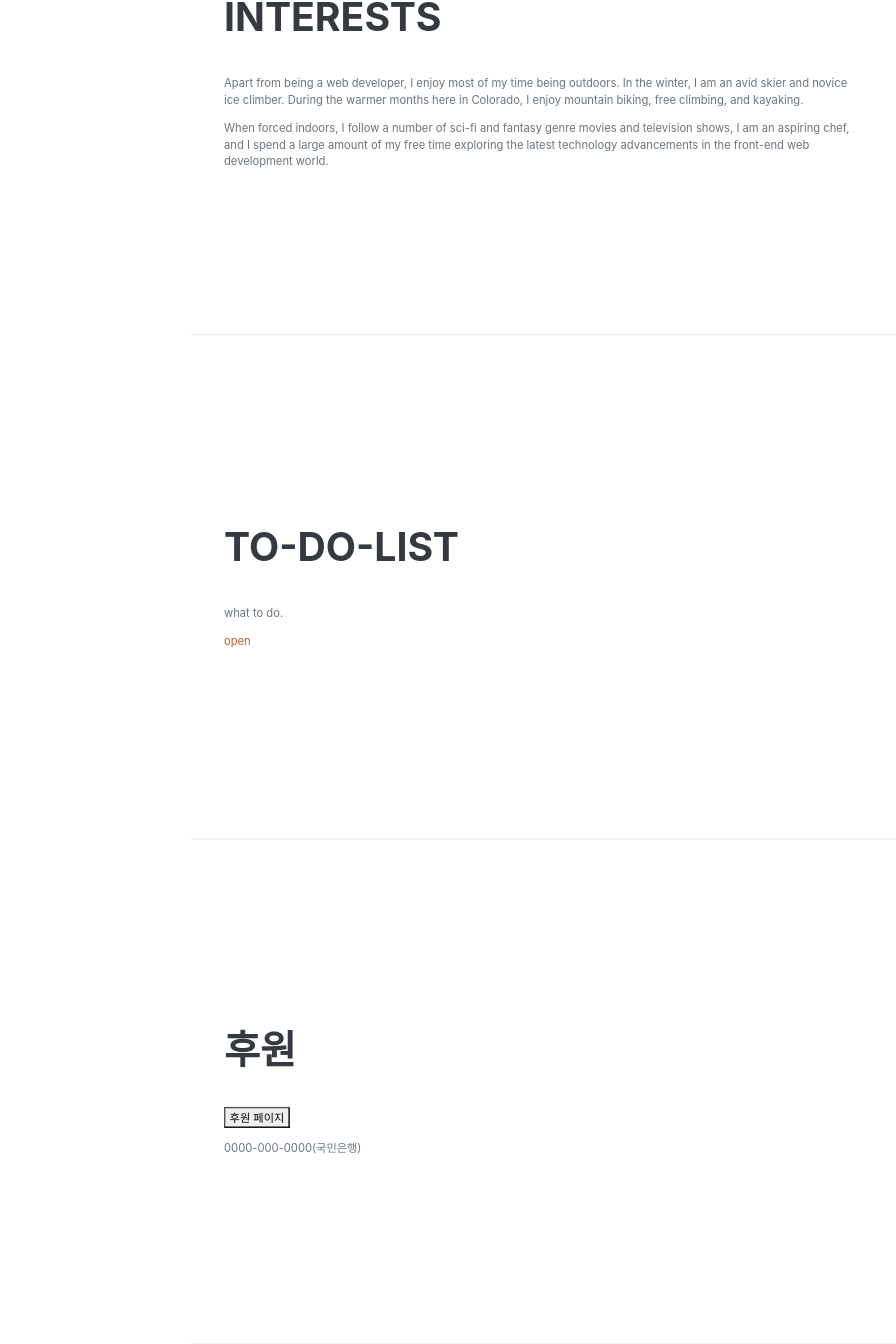
Repository: minsuk1/portfolio
Page: index.html
These files come from the project's save history. The page is drawn as it stood at one moment and after the next save; the edit follows.
The browser window is 1280 px wide. The pictures show the part of the page from y = 3396 to 5316 px (the page is 5316 px tall), at 70% of full size.
Some web fonts or font styles are not loaded; a fallback is used.

Above is the page before, as saved 2021-01-01 11:53:39.

### index.html
<!DOCTYPE html>
<html lang="en">
    <head>
        <meta charset="utf-8" />
        <link rel="icon" type="image/x-icon" href="assets/img/favicon.ico" />
        <!-- Font Awesome icons (free version)-->
        <script src="https://use.fontawesome.com/releases/v5.15.1/js/all.js" crossorigin="anonymous"></script>
        <!-- Google fonts-->
        <link href="https://fonts.googleapis.com/css?family=Saira+Extra+Condensed:500,700" rel="stylesheet" type="text/css" />
        <link href="https://fonts.googleapis.com/css?family=Muli:400,400i,800,800i" rel="stylesheet" type="text/css" />
        <!-- Core theme CSS (includes Bootstrap)-->
        <link href="css/styles.css" rel="stylesheet" />
    </head>
    <body id="page-top">
        <!-- Navigation-->
        <nav class="navbar navbar-expand-lg navbar-dark bg-primary fixed-top" id="sideNav">
            <a class="navbar-brand js-scroll-trigger" href="#page-top">
                <span class="d-none d-lg-block"><img class="img-fluid img-profile rounded-circle mx-auto mb-2" src="assets/img/profile.jpg" alt="" /></span>
            </a>
            <button class="navbar-toggler" type="button" data-toggle="collapse" data-target="#navbarSupportedContent" aria-controls="navbarSupportedContent" aria-expanded="false" aria-label="Toggle navigation"><span class="navbar-toggler-icon"></span></button>
            <div class="collapse navbar-collapse" id="navbarSupportedContent">
                <ul class="navbar-nav">
                    <li class="nav-item"><a class="nav-link js-scroll-trigger" href="#about">About</a></li>
                    <li class="nav-item"><a class="nav-link js-scroll-trigger" href="#experience">Experience</a></li>
                    <li class="nav-item"><a class="nav-link js-scroll-trigger" href="#education">Education</a></li>
                    <li class="nav-item"><a class="nav-link js-scroll-trigger" href="#skills">Skills</a></li>
                    <li class="nav-item"><a class="nav-link js-scroll-trigger" href="#interests">Interests</a></li>
                    <li class="nav-item"><a class="nav-link js-scroll-trigger" href="#to-do-list">to-do-list</a></li>
                    <li class="nav-item"><a class="nav-link js-scroll-trigger" href="#support">support</a></li>
                </ul>
            </div>
        </nav>
        <!-- Page Content-->
        <div class="container-fluid p-0">
            <!-- About-->
            <section class="resume-section" id="about">
                <div class="resume-section-content">
                    <h1 class="mb-0">
                        Portfolio
                        <span class="text-primary">오민석</span>
                    </h1>
                    <div class="subheading mb-5">
                                  010-6265-6918
                        <a href="mailto:name@email.com">palt1230@email.com</a>
                    </div>
                    <p class="lead mb-5"></p>
                    <div class="social-icons">
                        <a class="social-icon" href="https://github.com/minsuk1"><i class="fab fa-github"></i></a>
                        <a class="social-icon" href="https://velog.io/@minsuk"><i class="fas fa-envelope-open-text"></i></i></a>
                        <a class="social-icon" href="#"><i class="fab fa-facebook-f"></i></a>
                    </div>
                </div>
            </section>
            <hr class="m-0" />
            <!-- Experience-->
            <section class="resume-section" id="experience">
                <div class="resume-section-content">
                    <h2 class="mb-5">Experience</h2>
                    <div class="d-flex flex-column flex-md-row justify-content-between mb-5">
                        <div class="flex-grow-1">
                            <h3 class="mb-0">삼정KPMG 인턴</h3>
                            <div class="subheading mb-3">Data Engineer</div>
                            <ul>
                                <li>데이터 ETL : MSSQL에서 데이터 전처리</li>
                                <li>QA : 사내 AI 감사 솔루션 플랫폼(Clara) QA</li>
                            </ul>

                        </div>
                        <div class="flex-shrink-0"><span class="text-primary">2020년 12월 ~ 현재</span></div>
                    </div>
                    <div class="d-flex flex-column flex-md-row justify-content-between mb-5">
                        <div class="flex-grow-1">
                            <h3 class="mb-0">핀테크 교육</h3>
                            <div class="subheading mb-3">대외 교육</div>
                            <p>4차 산업혁명 시대에 맞는 코스콤 수행, 금융위원회 주관 핀테크 교육</p>
                        </div>
                        <div class="flex-shrink-0"><span class="text-primary">2020년 7월 ~ 2020년 8월</span></div>
                    </div>
                    <div class="d-flex flex-column flex-md-row justify-content-between mb-5">
                        <div class="flex-grow-1">
                            <h3 class="mb-0">텍스트 마이닝 연구실</h3>
                            <div class="subheading mb-3">학부연구생</div>
                            <ul>
                                <li>Amazon, E-bay 등에서 아이폰 및 갤럭시 전 기종 크롤링 및 전처리</li>
                                <li>휴대폰 관련 감성사전 구축 및 수정</li>
                            </ul>
                        </div>
                        <div class="flex-shrink-0"><span class="text-primary">2019년 9월 ~ 2020년 7월</span></div>
                    </div>
                    <div class="d-flex flex-column flex-md-row justify-content-between">
                        <div class="flex-grow-1">
                            <h3 class="mb-0">비타민(빅데이터 동아리)</h3>
                            <div class="subheading mb-3">Shout! Media Productions</div>
                            <p>R과 파이썬을 통한 데이터 분석 및 머신러닝 교육 및 프로젝트 진행</p>
                        </div>
                        <div class="flex-shrink-0"><span class="text-primary">2019년 9월 ~ 2020년 7월</span></div>
                    </div>
                </div>
            </section>
            <hr class="m-0" />
            <!-- Education-->
            <section class="resume-section" id="education">
                <div class="resume-section-content">
                    <h2 class="mb-5">Education</h2>
                    <div class="d-flex flex-column flex-md-row justify-content-between mb-5">
                        <div class="flex-grow-1">
                            <h3 class="mb-0">숭실대학교</h3>
                            <div class="subheading mb-3">학사</div>
                            <div>산업정보시스템공학과</div>
                            <p>GPA: 4.07</p>
                        </div>
                        <div class="flex-shrink-0"><span class="text-primary">August 2006 - May 2010</span></div>
                    </div>
                </div>
            </section>
            <hr class="m-0" />
            <!-- Skills-->
            <section class="resume-section" id="skills">
                <div class="resume-section-content">
                    <h2 class="mb-5">Skills</h2>
                    <div class="subheading mb-3">Programming Languages & Tools</div>
                    <ul class="list-inline dev-icons">
                        <li class="list-inline-item"><i class="fab fa-html5"></i></li>
                        <li class="list-inline-item"><i class="fab fa-css3-alt"></i></li>
                        <li class="list-inline-item"><i class="fab fa-js-square"></i></li>
                        <li class="list-inline-item"><i class="fab fa-python"></i></li>
                        <li class="list-inline-item"><i class="fab fa-r-project"></i></li>
                        <li class="list-inline-item"><i class="fab fa-node-js"></i></li>
                        <li class="list-inline-item"><i class="fas fa-database"></i></li>
                        <li class="list-inline-item"><i class="fab fa-aws"></i></li>
                    </ul>
                    <div class="subheading mb-3">Workflow</div>
                    <ul class="fa-ul mb-0">
                        <li>
                            <span class="fa-li"><i class="fas fa-check"></i></span>
                            AWS 아키텍처 설계
                        </li>
                        <li>
                            <span class="fa-li"><i class="fas fa-check"></i></span>
                            node.js를 활용한 웹개발
                        </li>
                        <li>
                            <span class="fa-li"><i class="fas fa-check"></i></span>
                            MSSQL을 활용한 ETL
                        </li>
                        <li>
                            <span class="fa-li"><i class="fas fa-check"></i></span>
                            python, R을 활용한 데이터 분석
                        </li>
                    </ul>
                </div>
            </section>
            <hr class="m-0" />
            <!-- Interests-->
            <section class="resume-section" id="interests">
                <div class="resume-section-content">
                    <h2 class="mb-5">Interests</h2>
                    <p>Apart from being a web developer, I enjoy most of my time being outdoors. In the winter, I am an avid skier and novice ice climber. During the warmer months here in Colorado, I enjoy mountain biking, free climbing, and kayaking.</p>
                    <p class="mb-0">When forced indoors, I follow a number of sci-fi and fantasy genre movies and television shows, I am an aspiring chef, and I spend a large amount of my free time exploring the latest technology advancements in the front-end web development world.</p>
                </div>
            </section>
            <hr class="m-0" />

            <!-- To do list-->
            <section class="resume-section" id="to-do-list">
                <div class="resume-section-content">
                    <h2 class="mb-5">to-do-list</h2>
                    <p>what to do.</p>
                    <a href="#" data-popup-open="example">open</a>
                    <div class="popup" data-popup="example">
                        <div class="popup-inner">
                        <div class="popup-contents">
                        <a class="popup-close" data-popup-close="example" href="#">X</a>
                        할일
                        </div>
                        </div>
                    </div>
                </div>
            </section>
            <hr class="m-0" />


            <!-- 후원-->
            <section class="resume-section" id="to-do-list">
                <div class="resume-section-content">
                    <h2 class="mb-5">후원</h2>
                    <p>
                        <button id='btnToggle'>후원 페이지</button>
                    </p>
                    <div id='temporary'>0000-000-0000(국민은행)</div>
                </div>
            </section>
            <hr class="m-0" />



        </div>
        <!-- Bootstrap core JS-->
        <script src="https://cdnjs.cloudflare.com/ajax/libs/jquery/3.5.1/jquery.min.js"></script>
        <script src="https://cdn.jsdelivr.net/npm/bootstrap@4.5.3/dist/js/bootstrap.bundle.min.js"></script>
        <!-- Third party plugin JS-->
        <script src="https://cdnjs.cloudflare.com/ajax/libs/jquery-easing/1.4.1/jquery.easing.min.js"></script>
        <!-- Core theme JS-->
        <script src="js/scripts.js"></script>
    </body>
</html>

### js/scripts.js
/*!
    * Start Bootstrap - Resume v6.0.2 (https://startbootstrap.com/theme/resume)
    * Copyright 2013-2020 Start Bootstrap
    * Licensed under MIT (https://github.com/StartBootstrap/startbootstrap-resume/blob/master/LICENSE)
    */
    (function ($) {
    "use strict"; // Start of use strict

    // Smooth scrolling using jQuery easing
    $('a.js-scroll-trigger[href*="#"]:not([href="#"])').click(function () {
        if (
            location.pathname.replace(/^\//, "") ==
                this.pathname.replace(/^\//, "") &&
            location.hostname == this.hostname
        ) {
            var target = $(this.hash);
            target = target.length
                ? target
                : $("[name=" + this.hash.slice(1) + "]");
            if (target.length) {
                $("html, body").animate(
                    {
                        scrollTop: target.offset().top,
                    },
                    1000,
                    "easeInOutExpo"
                );
                return false;
            }
        }
    });

    // Closes responsive menu when a scroll trigger link is clicked
    $(".js-scroll-trigger").click(function () {
        $(".navbar-collapse").collapse("hide");
    });

    // Activate scrollspy to add active class to navbar items on scroll
    $("body").scrollspy({
        target: "#sideNav",
    });
})(jQuery); // End of use strict


$(function() {
    //----- OPEN
    $('[data-popup-open]').on('click', function(e)  {
        var targeted_popup_class = jQuery(this).attr('data-popup-open');
        $('[data-popup="' + targeted_popup_class + '"]').fadeIn(350);

        e.preventDefault();
    });

    //----- CLOSE
    $('[data-popup-close]').on('click', function(e)  {
        var targeted_popup_class = jQuery(this).attr('data-popup-close');
        $('[data-popup="' + targeted_popup_class + '"]').fadeOut(350);

        e.preventDefault();
    });
});



$(function() {
    $("#btnToggle").on("click", function() {
        $("#temporary").toggle();
    });
  });

Loaded but not shown: css/styles.css (library)

After the next save:
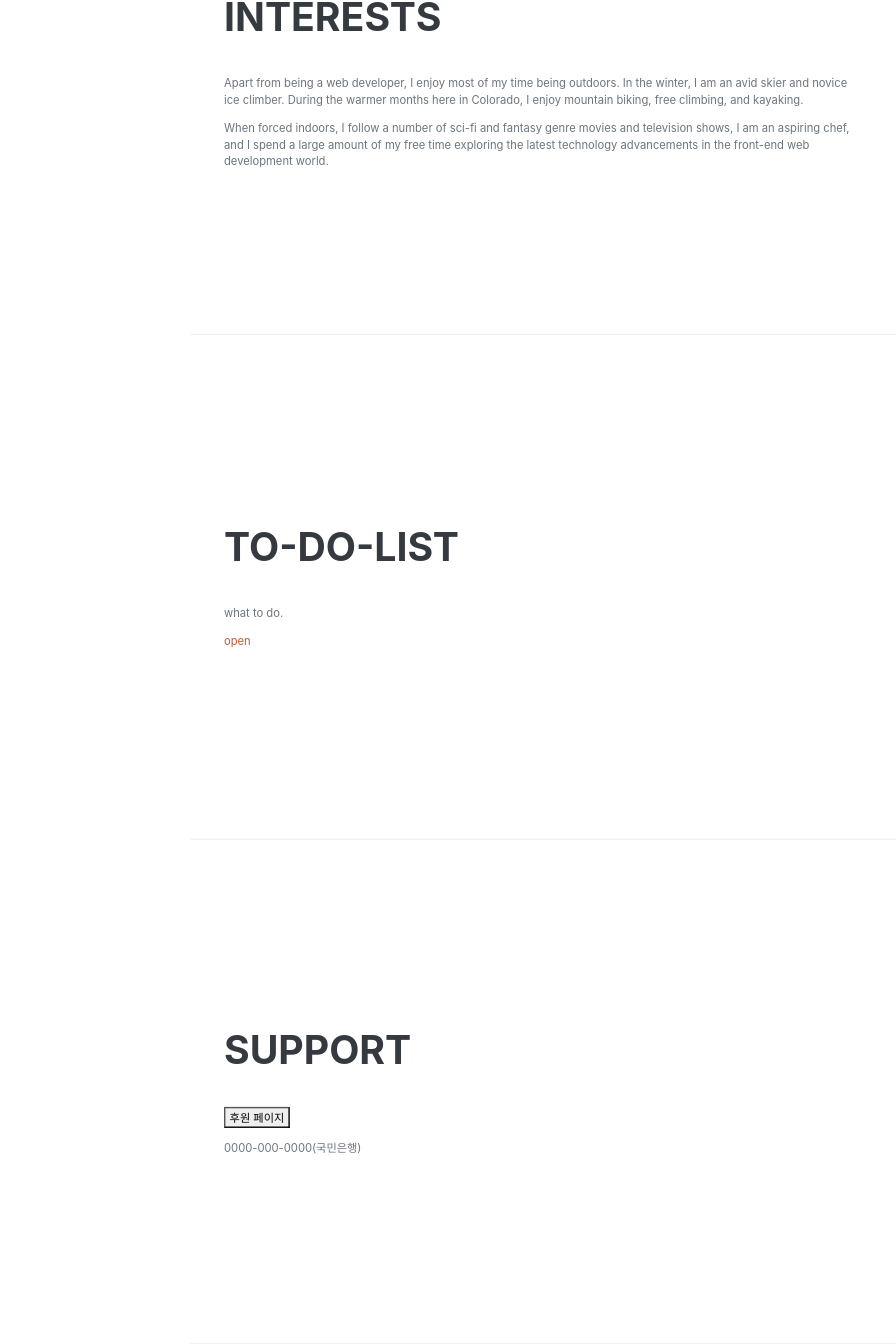
Saved 7 s later.
--- a/index.html
+++ b/index.html
@@ -183,7 +183,7 @@
             <!-- 후원-->
             <section class="resume-section" id="to-do-list">
                 <div class="resume-section-content">
-                    <h2 class="mb-5">후원</h2>
+                    <h2 class="mb-5">support</h2>
                     <p>
                         <button id='btnToggle'>후원 페이지</button>
                     </p>
